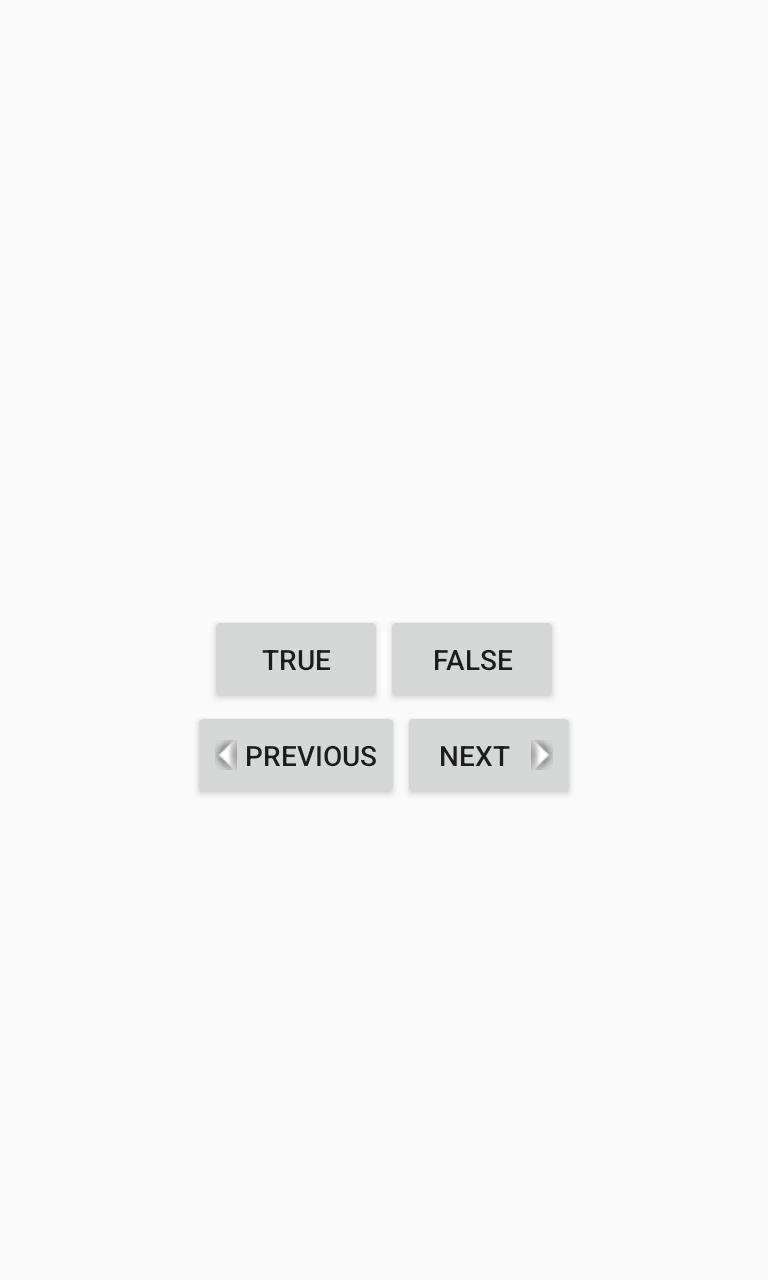
Repository: DaleJulian/AndroidTraining
Layout: GeoQuiz/res/layout/activity_quiz.xml
The author's editor kept a copy of each file at every save. The layout is drawn from the files as they stood at one save, then again after a run of saves.
It is drawn on a 768 x 1280 px phone screen (xhdpi) without system bars, with theme AppTheme; the app's code is not run.

Above is the layout before, as saved 2015-05-26 02:45:55.

After the next 3 saves:
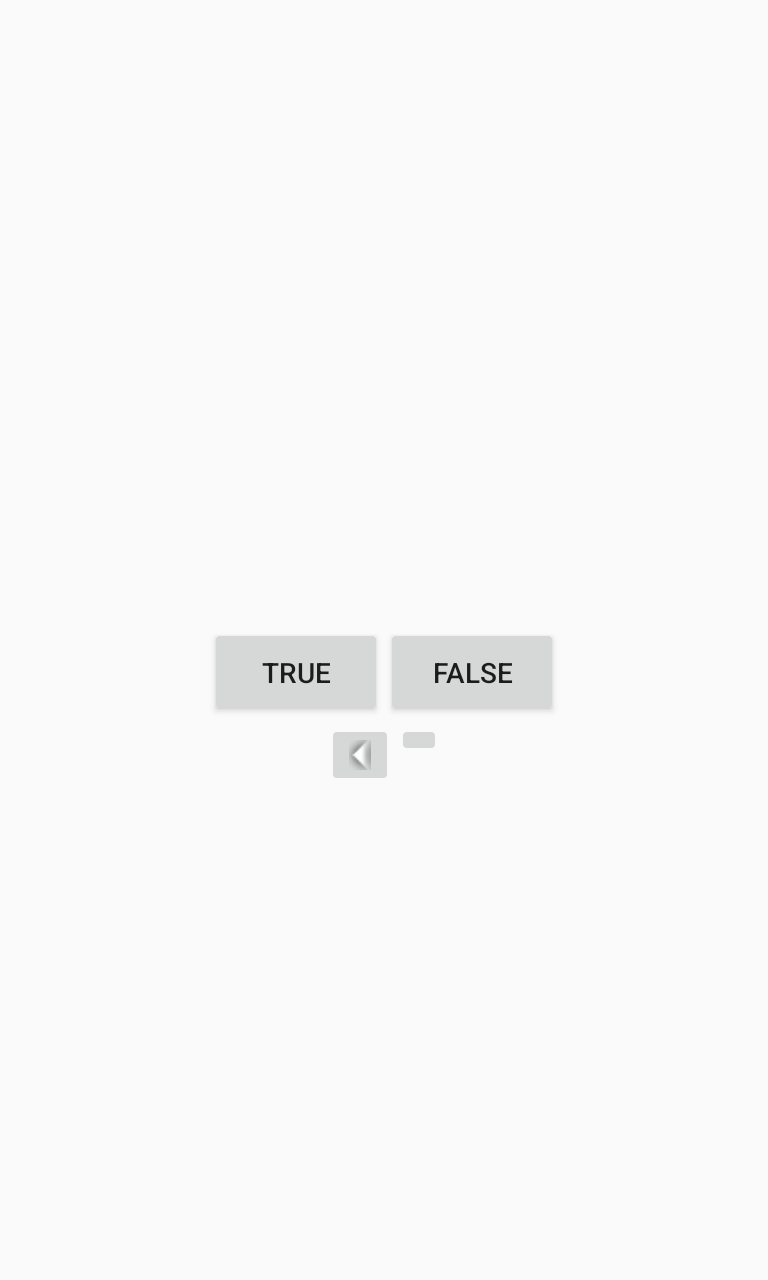
The 3 saves are shown as one change because 2 did not build or start.
The last was saved 5 min 49 s later.
--- a/GeoQuiz/res/layout/activity_quiz.xml
+++ b/GeoQuiz/res/layout/activity_quiz.xml
@@ -32,15 +32,14 @@
 	    android:layout_height="wrap_content"
 		android:orientation="horizontal" >
 
-		<Button
+		<ImageButton
 		    android:id="@+id/previous_button"
 		    android:layout_width="wrap_content"
 		    android:layout_height="wrap_content"
-		    android:drawableLeft="@drawable/arrow_left"
-		    android:drawablePadding="4dp"
-		    android:text="@string/button_previous" />
+		    android:src="@drawable/arrow_left"
+		    />
 
-		<Button
+		<ImageButton
 		    android:id="@+id/next_button"
 		    android:layout_width="wrap_content"
 		    android:layout_height="wrap_content"
